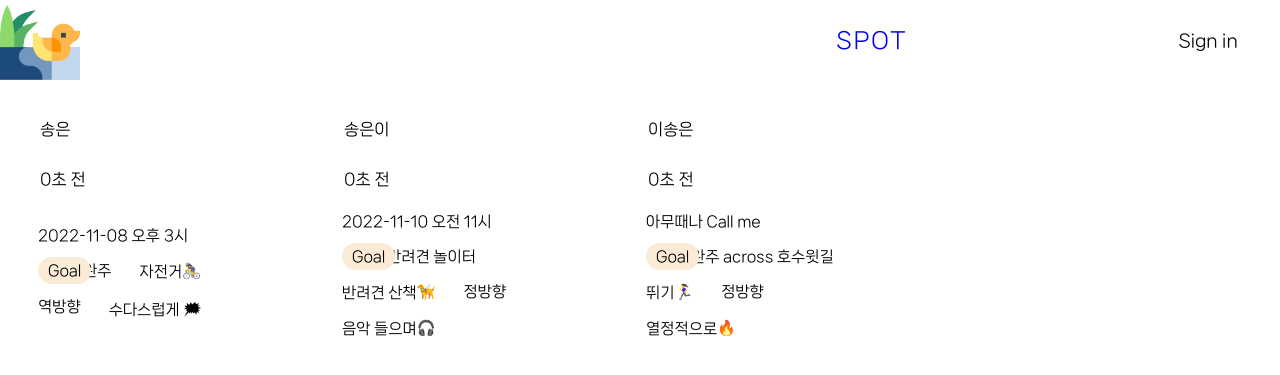
Repository: songeunleee/youngrangho
Page: /
An editor plug-in stored every save of this project. The page is shown before and after the next save, followed by the edit.
The browser window is 1280 px wide. The pictures show the whole page.
Some web libraries are served in a nearby version. The project was rebuilt for these pictures with package versions that can differ from the ones it lists, and the page was loaded fresh each time. Some packages were replaced by stand-ins written for this rebuild. Also part of the build but not shown: src/app.module.css, src/components/activity/activity.module.css, src/components/footer/footer.module.css, src/components/footer/footer.jsx, src/components/home/home.module.css, src/components/home/home.jsx, src/components/add_spot/add_spot.module.css, src/components/add_spot/add_spot.jsx and 6 more.

Above is the page before, as saved 2022-11-08 06:52:34.

After the next save:
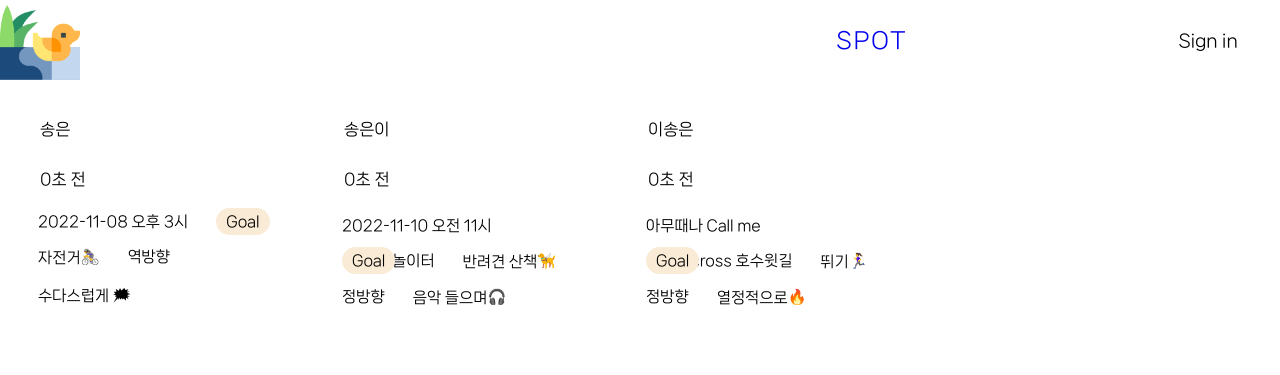
Saved 38 s later.
--- a/src/components/activity_item/activity_item.module.css
+++ b/src/components/activity_item/activity_item.module.css
@@ -55,7 +55,7 @@
 }
 
 .chip.goal::before {
-  content: "　　　";
+  content: "\00a0";
 }
 
 .chop.goal {
